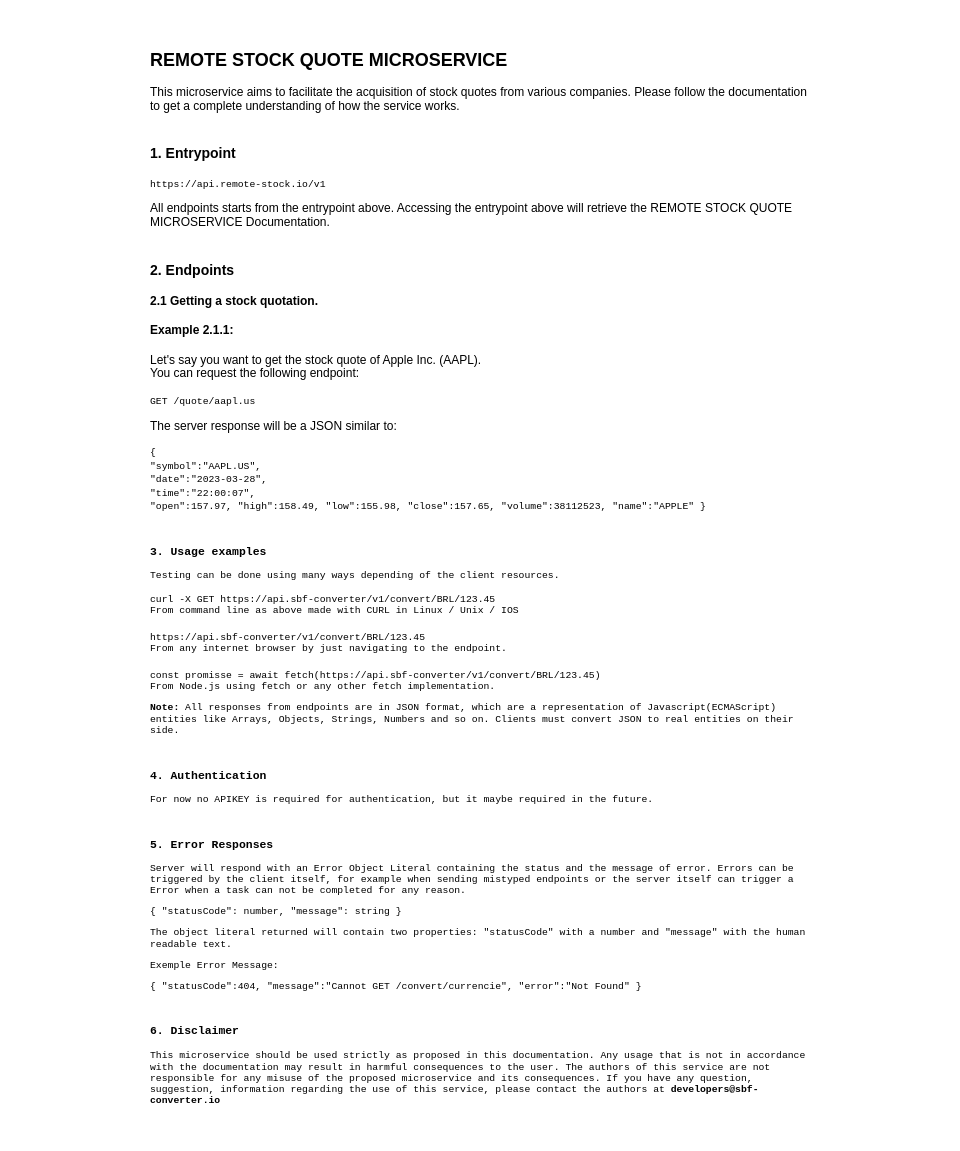
Repository: miguelamello/nest-js
Page: api-service/documentation.html
An editor plug-in stored every save of this project. The page is shown before and after the next save, followed by the edit.
The browser window is 1280 px wide. The pictures show the whole page, at 75% of full size.

Above is the page before, as saved 2023-03-28 18:10:49.

### api-service/documentation.html
<!DOCTYPE html>
<html lang="en">
<head>
  <meta charset="UTF-8">
  <meta http-equiv="X-UA-Compatible" content="IE=edge">
  <meta name="viewport" content="width=device-width, initial-scale=1.0">
  <title>REMOTE STOCK QUOTE MICROSERVICE</title>
  <style>
    body {
      font-family: Arial, Helvetica, sans-serif;
      padding: 3% 15%;
    }

    h3 {
      margin-top: 5%;
    }
  </style>
</head>
<body>
  <h2>REMOTE STOCK QUOTE MICROSERVICE</h2>
  <p>
    This microservice aims to facilitate the acquisition of stock quotes from various companies.
    Please follow the documentation to get a complete understanding of how the service works.
  </p>

  <h3>1. Entrypoint</h3>
  <code>https://api.remote-stock.io/v1</code>
  <p>
    All endpoints starts from the entrypoint above. Accessing the entrypoint
    above will retrieve the REMOTE STOCK QUOTE MICROSERVICE Documentation.
  </p>

  <h3>2. Endpoints</h3>
  <h4>2.1 Getting a stock quotation.</h4>
  <p>
    <p>
      <h4>Example 2.1.1:</h4>
      <div>Let's say you want to get the stock quote of Apple Inc. (AAPL).</div>
      <div>You can request the following endpoint:</div><br>
      <code>GET /quote/aapl.us</code>

      <p>The server response will be a JSON similar to:</p>

      <code>
        {<br>
          "symbol":"AAPL.US",<br>
          "date":"2023-03-28",<br>
          "time":"22:00:07",<br>
          "open":157.97,
          "high":158.49,
          "low":155.98,
          "close":157.65,
          "volume":38112523,
          "name":"APPLE"
        }
    </p>
  </p>

  <h3>3. Usage examples</h3>

  <p>Testing can be done using many ways depending of the client resources.</p>

  <code>curl -X GET https://api.sbf-converter/v1/convert/BRL/123.45</code>
  <div>From command line as above made with CURL in Linux / Unix / IOS</div>
  <br>
  <code>https://api.sbf-converter/v1/convert/BRL/123.45</code>
  <div>From any internet browser by just navigating to the endpoint.</div>
  <br>
  <code>const promisse = await fetch(https://api.sbf-converter/v1/convert/BRL/123.45)</code>
  <div>From Node.js using fetch or any other fetch implementation.</div>

  <p>
    <b>Note:</b> All responses from endpoints are in JSON format, which are a
    representation of Javascript(ECMAScript) entities like Arrays, Objects,
    Strings, Numbers and so on. Clients must convert JSON to real entities
    on their side.
  </p>

  <h3>4. Authentication</h3>
  <p>For now no APIKEY is required for authentication, but it maybe required in the future.</p>

  <h3>5. Error Responses</h3>

  <p>
    Server will respond with an Error Object Literal containing
    the status and the message of error. Errors can be triggered
    by the client itself, for example when sending mistyped endpoints
    or the server itself can trigger a Error when a
    task can not be completed for any reason.
  </p>

  <p>
    <code>{ "statusCode": number, "message": string }</code><br>
    <div>
      The object literal returned will contain two properties:
      "statusCode" with a number and "message" with the human readable text.
    </div>
  </p>

  <p>Exemple Error Message:</p>
  <p>
    <code>
      { "statusCode":404, "message":"Cannot GET /convert/currencie", "error":"Not Found" }
    </code>
  </p>

  <h3>6. Disclaimer</h3>
  <p>
    This microservice should be used strictly as proposed in this documentation.
    Any usage that is not in accordance with the documentation may result in harmful
    consequences to the user. The authors of this service are not responsible for
    any misuse of the proposed microservice and its consequences. If you have any question,
    suggestion, information regarding the use of this service, please contact
    the authors at <b>developers@sbf-converter.io</b>
  </p>

</body>
</html>

After the next save:
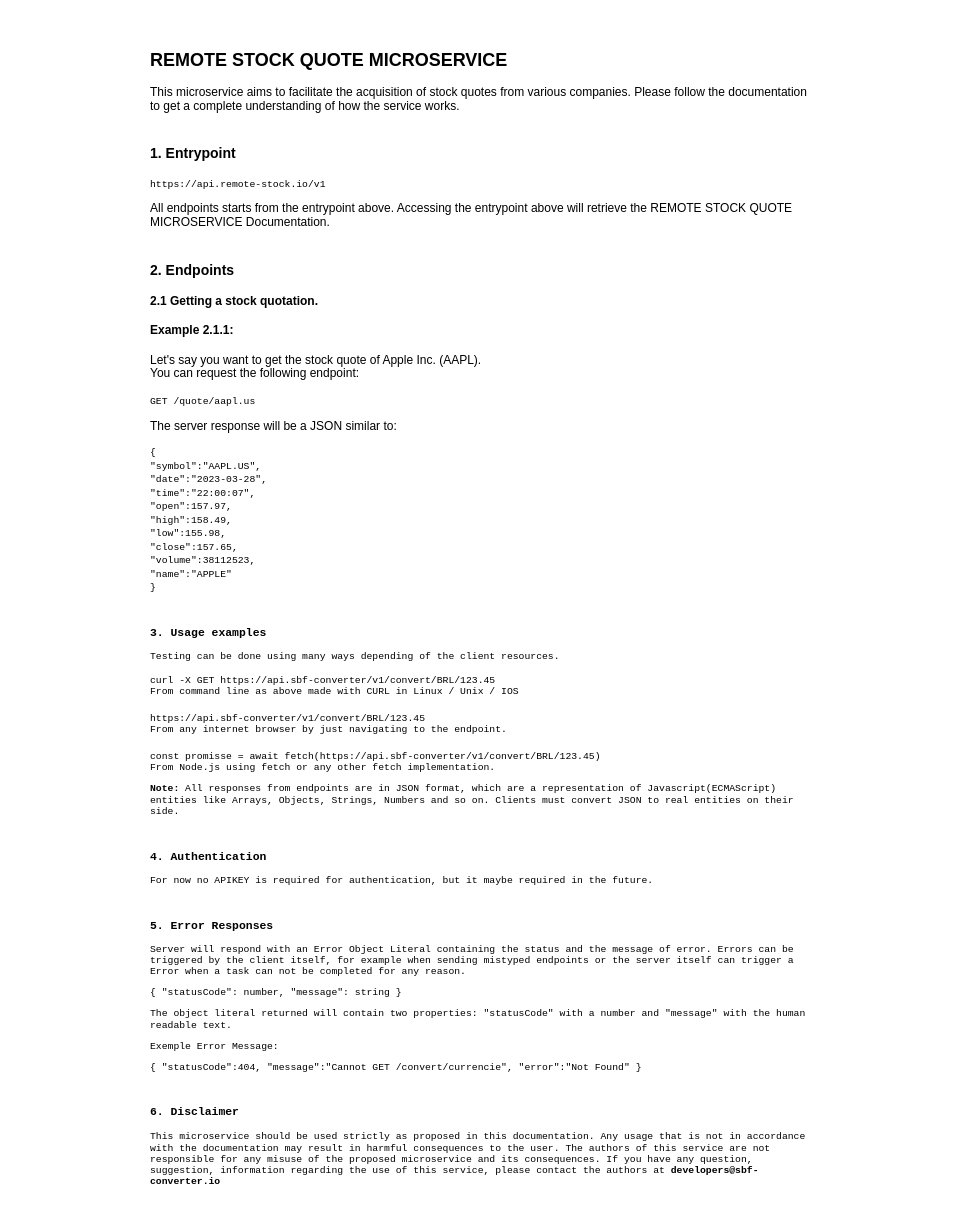
Saved 5 s later.
--- a/api-service/documentation.html
+++ b/api-service/documentation.html
@@ -46,12 +46,12 @@
           "symbol":"AAPL.US",<br>
           "date":"2023-03-28",<br>
           "time":"22:00:07",<br>
-          "open":157.97,
-          "high":158.49,
-          "low":155.98,
-          "close":157.65,
-          "volume":38112523,
-          "name":"APPLE"
+          "open":157.97,<br>
+          "high":158.49,<br>
+          "low":155.98,<br>
+          "close":157.65,<br>
+          "volume":38112523,<br>
+          "name":"APPLE"<br>
         }
     </p>
   </p>
